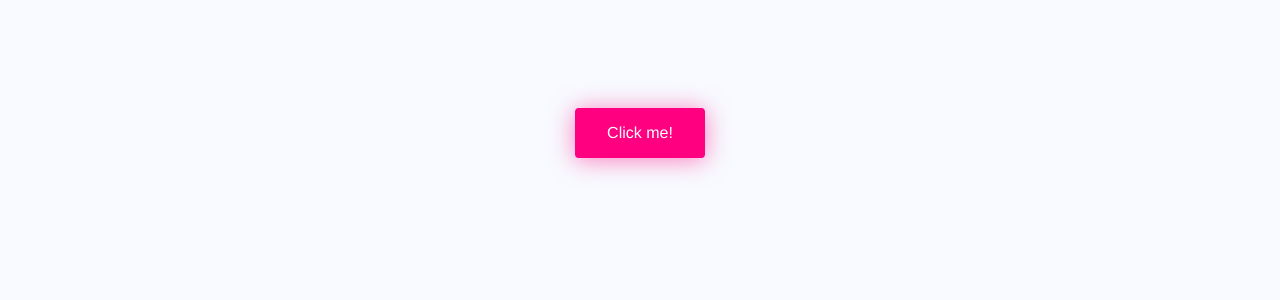
Repository: Folody-Team/Bubble-Button
Page: index.html
The author's editor kept a copy of each file at every save. The page is drawn from the files as they stood at one save, then again after the next save.
The browser window is 1280 px wide. The pictures show the whole page.

Above is the page before, as saved 2022-01-18 10:49:25.

After the next save:
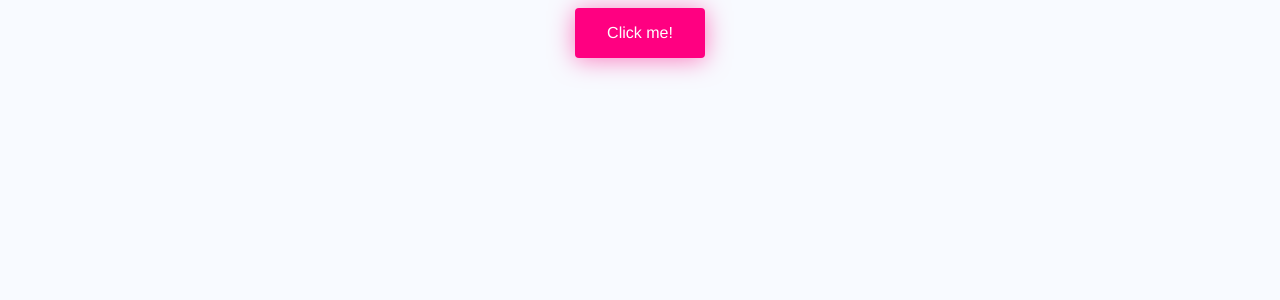
Saved 16 s later.
--- a/style.css
+++ b/style.css
@@ -12,8 +12,6 @@
   display: inline-block;
   font-size: 1em;
   padding: 1em 2em;
-  margin-top: 100px;
-  margin-bottom: 60px;
   -webkit-appearance: none;
   appearance: none;
   background-color: #ff0081;

After the save that followed:
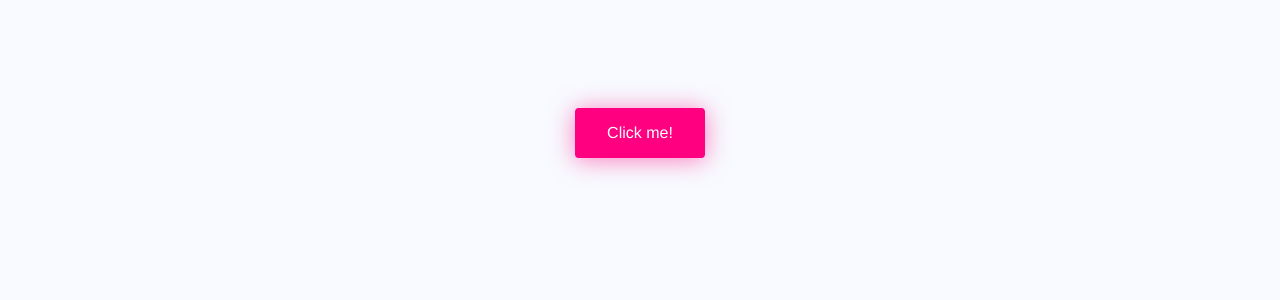
Saved 37 s later.
--- a/style.css
+++ b/style.css
@@ -12,6 +12,8 @@
   display: inline-block;
   font-size: 1em;
   padding: 1em 2em;
+  margin-top: 100px;
+  margin-bottom: 60px;
   -webkit-appearance: none;
   appearance: none;
   background-color: #ff0081;
